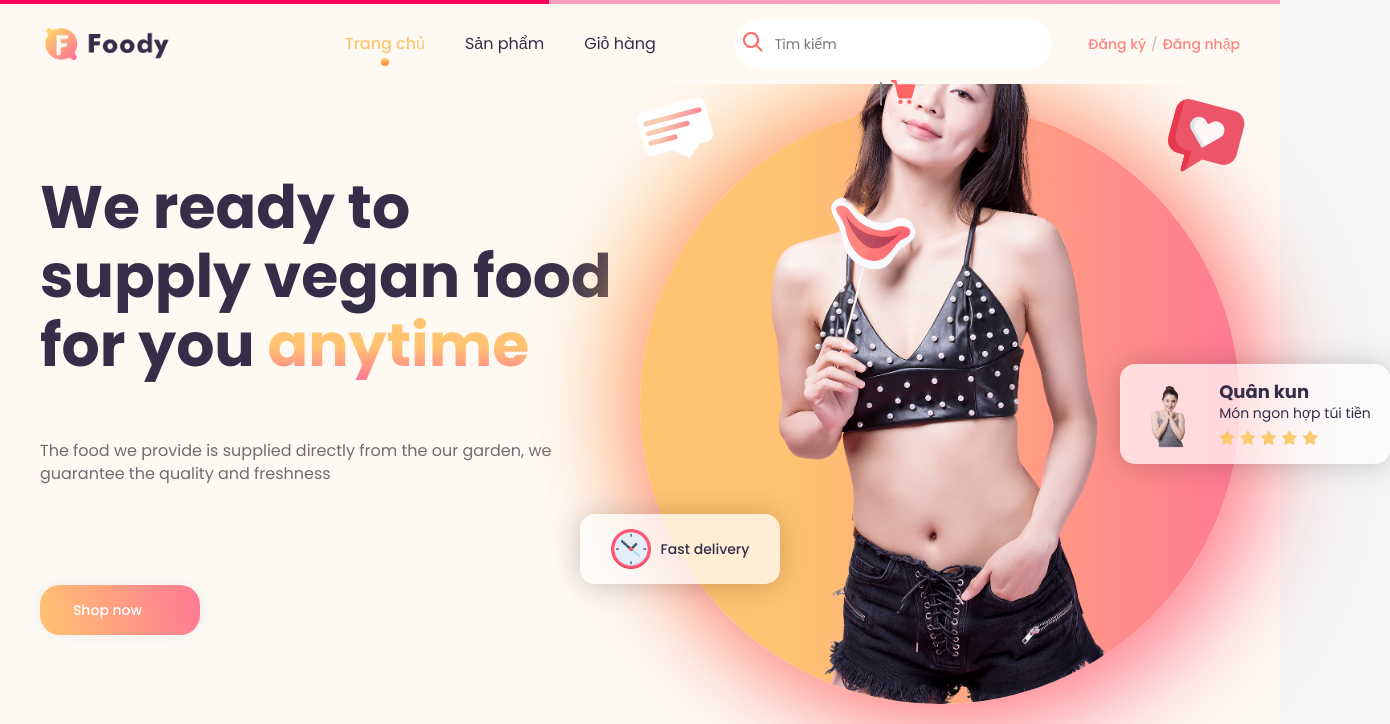
Repository: phamvuhung2710/react-ecommerce
Page: /
The author's editor kept a copy of each file at every save. The page is drawn from the files as they stood at one save, then again after the next save.
The browser window is 1280 px wide. The page is 1390 px wide, so the pictures cover 1390 px, including what lies to the right of the window. The pictures show the whole page.
The page's requests for data from a server got no answer. Some web libraries are served in a nearby version. The project was rebuilt for these pictures with package versions that can differ from the ones it lists, and the page was loaded fresh each time. No one was signed in, and anything a server would have sent is missing. Also part of the build but not shown: src/guard/AuthenticatedGuard.jsx, src/guard/UnauthenticatedGuard.jsx, src/layouts/CartLayout/CartLayout.jsx, src/layouts/RegisterLayout/RegisterLayout.jsx.

Above is the page before, as saved 2021-09-07 18:59:00.

### public/index.html
<!DOCTYPE html>
<html lang="en">
  <head>
    <meta charset="utf-8" />
    <link rel="icon" href="%PUBLIC_URL%/logo512.png" />
    <meta name="viewport" content="width=device-width, initial-scale=1" />
    <meta name="theme-color" content="#000000" />
    <meta
      name="description"
      content="Web site created using create-react-app"
    />
    <link rel="apple-touch-icon" href="%PUBLIC_URL%/logo512.png" />
    <!--
      manifest.json provides metadata used when your web app is installed on a
      user's mobile device or desktop. See https://developers.google.com/web/fundamentals/web-app-manifest/
    -->
    <link rel="manifest" href="%PUBLIC_URL%/manifest.json" />
    <!--
      Notice the use of %PUBLIC_URL% in the tags above.
      It will be replaced with the URL of the `public` folder during the build.
      Only files inside the `public` folder can be referenced from the HTML.

      Unlike "/favicon.ico" or "favicon.ico", "%PUBLIC_URL%/favicon.ico" will
      work correctly both with client-side routing and a non-root public URL.
      Learn how to configure a non-root public URL by running `npm run build`.
    -->
    <title>Foody</title>
    <link
      rel="stylesheet"
      href="https://pro.fontawesome.com/releases/v5.10.0/css/all.css"
      integrity="sha384-AYmEC3Yw5cVb3ZcuHtOA93w35dYTsvhLPVnYs9eStHfGJvOvKxVfELGroGkvsg+p"
      crossorigin="anonymous"
    />
  </head>
  <body>
    <noscript>You need to enable JavaScript to run this app.</noscript>
    <div id="root"></div>
    <!--
      This HTML file is a template.
      If you open it directly in the browser, you will see an empty page.

      You can add webfonts, meta tags, or analytics to this file.
      The build step will place the bundled scripts into the <body> tag.

      To begin the development, run `npm start` or `yarn start`.
      To create a production bundle, use `npm run build` or `yarn build`.
    -->
  </body>
</html>

### src/assets/styles/global.scss
@font-face {
  font-family: 'Inter';
  src: url('../font/Inter-VariableFont_slnt\,wght.ttf')
      format('woff2 supports variations'),
    url('../font/Inter-VariableFont_slnt\,wght.ttf') format('woff2-variations');
  font-weight: 100 900;
}
@import url('https://fonts.googleapis.com/css2?family=Poppins:wght@100;200;300;400;500;600;700;800;900&display=swap');

$font: 'Poppins';

html {
  font-size: 62.5%;
}

body {
  font-size: 1.4rem;
  font-weight: 400;
  font-family: $font, sans-serif;
  background-color: #f5f5f5;
  color: rgba(0, 0, 0, 0.8);
}

* {
  margin: 0;
  padding: 0;
  box-sizing: border-box;
}

.container {
  width: 1200px;
  margin-left: auto;
  margin-right: auto;
}

.link {
  color: #ee4d2d;
  font-size: 1.4rem;
  cursor: pointer;
}

ul {
  list-style: none;
}

:focus-visible {
  outline: none;
}

button {
  cursor: pointer;
  &:disabled {
    cursor: default;
  }
}

a {
  text-decoration: none;
}

svg {
  width: 1em;
  height: 1em;
  fill: currentColor;
}

.menu--active {
  cursor: pointer;
  color: #fec673 !important;
  font-weight: 500 !important;
  &::before {
    content: '';
    position: absolute;
    top: 100%;
    left: 50%;
    width: 8px;
    height: 8px;
    border-radius: 50%;
    background: linear-gradient(
      to top,
      rgba(252, 149, 70, 1) 35%,
      rgba(254, 214, 119, 1) 100%
    );
    transform: translateX(-50%);
  }
}

.category--active {
  cursor: pointer;
  color: #fec673 !important;
  font-weight: 500 !important;
  &::before {
    content: '';
    position: absolute;
    top: 100%;
    left: 0%;
    width: 8px;
    height: 8px;
    border-radius: 50%;
    background: linear-gradient(
      to top,
      rgba(252, 149, 70, 1) 35%,
      rgba(254, 214, 119, 1) 100%
    );
    transform: translateX(-50%);
  }
}

// css for react-toasify
.Toastify__toast--error {
  border: 1px solid rgb(248, 96, 134);
  background: #fdf1f0 !important;
  border-radius: 5px !important;
  color: rgb(248, 96, 134) !important;
  font-family: $font, sans-serif;
  font-size: 14px;
  padding-left: 20px;
  line-height: 20px;
  padding: 0px;
  padding-top: 25px;
  width: 100%;
  font-weight: 500;
  text-align: center;
}
.Toastify__toast--error::after {
  position: absolute;
  color: #333333;
  font-size: 15px;
  font-weight: 700;
  left:265px;
  padding-top: 14px !important;
  width: fit-content;
  height: auto;
}
.Toastify__toast--error::before {
  content : url('../../assets/svg/error.svg');
  position:relative;
  z-index:100000;
  left:12px;
  width: 24px;
  height: 24px;
  margin-right: 5px;
}
.Toastify__toast--success {
  border: 1px solid rgb(44, 204, 255) !important;
  border-radius: 5px !important;
  background: #ebf5ff !important;
  color: rgb(44, 204, 255) !important;
  font-family: $font, sans-serif;
  display: flex;
  align-items: center;
}
.Toastify__toast--success::before {
  content : url('../../assets/svg/success.svg');
  position:relative;
  z-index:100000;
  left:12px;
  width: 24px;
  height: 24px;
  margin-right: 5px;
}
.Toastify__toast--success::after {
  position: absolute;
  color: #2657bb !important;
  background: #00aefd !important;
  font-size: 15px;
  font-weight: 700;
  left:265px;
  padding-top: 14px !important;
  width: fit-content;
  height: auto;
}
.Toastify__toast--warning {
  border: 1px solid rgb(255, 205, 43) !important;
  background: #fffdeb !important;
  border-radius: 5px !important;
  color: rgb(255, 205, 43) !important;
  font-family: $font, sans-serif;
  font-size: 14px;
  padding-left: 20px;
  line-height: 20px;
  width: 100%;
  font-weight: 500;
  text-align: center;
}
.Toastify__toast--warning::before {
  position:relative;
  z-index:100000;
  left:12px;
  top:6px;
}
.Toastify__toast--warning::after {
  position: absolute;
  color: #E78326;
  font-size: 15px;
  font-weight: 700;
  left:265px;
  padding-top: 14px !important;
  width: fit-content;
  height: auto;
}
.Toastify__toast-body {
  // border-radius: 5px !important;
  // background: #ebf5ff !important;
  // color: #2657bb !important;
  font-family: "Poppins", sans-serif;
  font-size: 14px;
  padding-left: 20px;
  line-height: 20px;
  padding-left: 15px;
  width: 100%;
  font-weight: 500;
  text-align: center;
  display: flex;
  align-items: center;
}
.Toastify__toast > button>  svg {
  display: none;
}

.Toastify__progress-bar--error {
  background-color: rgba(248, 96, 134,0.7) !important;
}

.Toastify__progress-bar--success {
  background-color: rgba(44, 204, 255, 0.7) !important;
}

### src/Routes.jsx
import React, { lazy, Suspense } from 'react'
import { Route, Switch } from 'react-router-dom'
import Fallback from './components/Fallback/Fallback'
import { path } from './constants/path'
import AuthenticatedGuard from './guard/AuthenticatedGuard'
import UnauthenticatedGuard from './guard/UnauthenticatedGuard'
import CartLayout from './layouts/CartLayout/CartLayout'
import MainLayout from './layouts/MainLayout/MainLayout'
import RegisterLayout from './layouts/RegisterLayout/RegisterLayout'

const Home = lazy(() => import('./pages/Home/Home'))
const Product = lazy(() => import('./pages/Product/Product'))
const ProductDetail = lazy(() => import('./pages/ProductDetail/ProductDetail'))
const User = lazy(() => import('./pages/User/User'))
const NotFound = lazy(() => import('./pages/NotFound/NotFound'))
const Cart = lazy(() => import('./pages/Cart/Cart'))
const Login = lazy(() => import('./pages/Auth/Login/Login'))
const Register = lazy(() => import('./pages/Auth/Register/Register'))

export default function Routes() {
  return (
    <Switch>
      <Route path={path.home} exact>
        <MainLayout>
          <Suspense fallback={<Fallback />}>
            <Home />
          </Suspense>
        </MainLayout>
      </Route>

      <Route path={path.product} exact>
        <MainLayout>
          <Suspense fallback={<Fallback />}>
            <Product />
          </Suspense>
        </MainLayout>
      </Route>

      <Route path={path.productDetail} exact>
        <MainLayout>
          <Suspense fallback={<Fallback />}>
            <ProductDetail />
          </Suspense>
        </MainLayout>
      </Route>

      <Route path={path.login}>
        <UnauthenticatedGuard>
          <RegisterLayout title="Đăng nhập">
            <Suspense fallback={<Fallback />}>
              <Login />
            </Suspense>
          </RegisterLayout>
        </UnauthenticatedGuard>
      </Route>

      <Route path={path.register}>
        <UnauthenticatedGuard>
          <RegisterLayout title="Đăng ký">
            <Suspense fallback={<Fallback />}>
              <Register />
            </Suspense>
          </RegisterLayout>
        </UnauthenticatedGuard>
      </Route>

      <Route path={path.user}>
        <AuthenticatedGuard>
          <MainLayout>
            <Suspense fallback={<Fallback />}>
              <User />
            </Suspense>
          </MainLayout>
        </AuthenticatedGuard>
      </Route>

      <Route path={path.cart}>
        <AuthenticatedGuard>
          <CartLayout>
            <Suspense fallback={<Fallback />}>
              <Cart />
            </Suspense>
          </CartLayout>
        </AuthenticatedGuard>
      </Route>

      <Route path={path.notFound}>
        <Suspense fallback={<Fallback />}>
          <NotFound />
        </Suspense>
      </Route>
    </Switch>
  )
}

### src/components/Authorization/Authorization.jsx
import { useEffect } from 'react'
import { useDispatch, useSelector } from 'react-redux'
import { unauthorize } from 'src/pages/Auth/auth.slice'
import { path } from 'src/constants/path'
import { useHistory } from 'react-router-dom'
import { useAuthenticated } from 'src/hooks/useAuthenticated'
import { getCartPurchases } from 'src/pages/Cart/cart.slice'

function Authorization(props) {
  const status = useSelector(state => state.app.status)
  const dispatch = useDispatch()
  const history = useHistory()
  const authenticated = useAuthenticated()

  useEffect(() => {
    if (status === 401) {
      dispatch(unauthorize)
      history.push(path.login)
    }
  }, [status, dispatch, history])

  useEffect(() => {
    if (authenticated) {
      dispatch(getCartPurchases())
    }
  }, [dispatch, authenticated])

  return null
}

export default Authorization

### src/components/Fallback/Fallback.jsx
import React from 'react'
import { LinearProgress } from '@material-ui/core'
import styled from 'styled-components'
import { useSelector } from 'react-redux'

const StyledLoading = styled(LinearProgress)`
  /* position: fixed !important;
  top: 0;
  left: 0;
  right: 0;
  bottom: 0; */
`

function Fallback(props) {
  const loading = useSelector(state => state.app.loading)

  if (loading > 0) {
    return <StyledLoading color="secondary" />
  }

  // return null
  return <StyledLoading color="secondary" />
}
export default Fallback

### src/constants/path.js
const USER = '/user'

export const path = {
  home: '/',
  cart: '/cart',
  product: '/product',
  productDetail: '/product/:productId',
  login: '/login',
  register: '/register',
  user: USER,
  profile: `${USER}/profile`,
  password: `${USER}/password`,
  purchase: `${USER}/purchase`,
  notFound: '*'
}

### src/layouts/MainLayout/MainLayout.jsx
import React from 'react'
import Header from 'src/components/Header/Header'
import PropTypes from 'prop-types'

MainLayout.propTypes = {
  children: PropTypes.oneOfType([
    PropTypes.element,
    PropTypes.arrayOf(PropTypes.element)
  ])
}

function MainLayout({ children }) {
  return (
    <div>
      <Header />
      {children}
      {/* <Footer /> */}
    </div>
  )
}

export default MainLayout

### src/pages/Home/Home.jsx
import React from 'react'
import { path } from 'src/constants/path'
import * as S from './home.style'

export default function Home() {
  return (
    <S.Background>
      <S.Container className="container">
        <S.MainLeft>
          <S.Title>
            We ready to supply vegan food for you{' '}
            <S.TitleHighLight>anytime</S.TitleHighLight>
          </S.Title>
          <S.Description>
            The food we provide is supplied directly from the our garden, we
            guarantee the quality and freshness
          </S.Description>
          <S.ShopNow to={path.product}>
            <S.NameButton>Shop now</S.NameButton>
            <S.IconButton className="fas fa-chevron-circle-right"></S.IconButton>
          </S.ShopNow>
        </S.MainLeft>
        <S.MainRight>
          <S.CircleMain>
            <S.FoodGirl src="/img/girl-foody.png" />
            <S.FlashHeart src="/img/heart.png" />
            <S.FlashComment>
              <S.FlashCommentAvatar>
                <S.FlashCommentImage src="/img/avatar.png" />
              </S.FlashCommentAvatar>
              <S.FlashCommentDetail>
                <S.FlashCommentTitle>Quân kun</S.FlashCommentTitle>
                <S.FlashCommentContent>
                  Món ngon hợp túi tiền
                </S.FlashCommentContent>
                <S.FlashCommentStar>
                  <S.FlashCommentStarIcon className="fas fa-star" />
                  <S.FlashCommentStarIcon className="fas fa-star" />
                  <S.FlashCommentStarIcon className="fas fa-star" />
                  <S.FlashCommentStarIcon className="fas fa-star" />
                  <S.FlashCommentStarIcon className="fas fa-star" />
                </S.FlashCommentStar>
              </S.FlashCommentDetail>
            </S.FlashComment>
            <S.FlashMessage>
              <S.FlashMessageLine />
              <S.FlashMessageLine />
              <S.FlashMessageLine />
            </S.FlashMessage>
            <S.FlashDelivery>
              <S.FlashDeliveryIcon src="/img/clock.png" />
              <S.FlashDeliveryText>Fast delivery</S.FlashDeliveryText>
            </S.FlashDelivery>
          </S.CircleMain>
        </S.MainRight>
      </S.Container>
    </S.Background>
  )
}

### src/hooks/useAuthenticated.js
import { useSelector } from 'react-redux'

export function useAuthenticated() {
  return useSelector(state => Boolean(state.auth.profile._id))
}

### src/api/auth.api.js
import axiosClient from './axiosClient'

const authApi = {
  register(data) {
    const url = '/register'
    return axiosClient.post(url, data)
  },
  login(data) {
    const url = '/login'
    return axiosClient.post(url, data)
  },
  logout() {
    const url = '/logout'
    return axiosClient.post(url)
  }
}

export default authApi

### src/api/user.api.js
import axiosClient from './axiosClient'

const userApi = {
  updateMe(data) {
    const url = '/user'
    return axiosClient.put(url, data)
  }
}

export default userApi

### src/components/Header/Header.jsx
import React, { useEffect, useState } from 'react'
import * as S from './header.style'
import usePopover from 'src/hooks/usePopover'
import Popover from '../Popover/Popover'
import { path } from 'src/constants/path'
import { logout } from 'src/pages/Auth/auth.slice'
import { useDispatch, useSelector } from 'react-redux'
import { useAuthenticated } from 'src/hooks/useAuthenticated'
import { useHistory } from 'react-router-dom'
import useQuery from 'src/hooks/useQuery'
import { formatMoney } from 'src/utils/helper'
import { useRouteMatch } from 'react-router-dom'
import { unwrapResult } from '@reduxjs/toolkit'

Header.propTypes = {}

function Header() {
  const match = useRouteMatch()
  const authenticated = useAuthenticated()
  const profile = useSelector(state => state.auth.profile)
  const { activePopover, showPopover, hidePopover } = usePopover()
  const [isUserPopover, setIsUserPopover] = useState(false)
  const dispatch = useDispatch()
  const [searchValue, setSearchValue] = useState('')
  const history = useHistory()
  const query = useQuery()
  const purchases = useSelector(state => state.cart.purchases)

  useEffect(() => {
    const { name = '' } = query
    setSearchValue(name)
  }, [query])

  const onChangeSearch = event => {
    setSearchValue(event.target.value)
  }

  const handleLogout = () => {
    dispatch(logout())
  }

  const handleShowPopoverCart = () => {
    setIsUserPopover(false)
    showPopover()
  }

  const handleShowPopoverUser = () => {
    setIsUserPopover(true)
    showPopover()
  }

  const search = event => {
    event.preventDefault()
    history.push(path.product + `?name=${searchValue}`)
  }

  return (
    <S.StyledHeader>
      <div className="container">
        {/* <Navbar /> */}
        <S.HeaderWrap>
          <S.Logo to="/">
            <S.ImageLogo src="/img/logo-foody.png" />
          </S.Logo>
          <S.Menu>
            <S.MenuItem
              activeClassName={match.url === path.home ? 'menu--active' : ''}
              to={path.home}
            >
              Trang chủ
            </S.MenuItem>
            <S.MenuItem
              activeClassName={match.url === path.product ? 'menu--active' : ''}
              to={path.product}
            >
              Sản phẩm
            </S.MenuItem>
            <S.MenuItem
              activeClassName={match.url === path.cart ? 'menu--active' : ''}
              to={path.cart}
            >
              Giỏ hàng
            </S.MenuItem>
            {/* <S.MenuItem to={path.user}>Tài khoản</S.MenuItem> */}
          </S.Menu>
          <S.StyledForm onSubmit={search}>
            <S.IConSearch>
              <svg
                width={24}
                height={24}
                viewBox="0 0 24 24"
                xmlns="http://www.w3.org/2000/svg"
                version="1.1"
                xmlnsXlink="http://www.w3.org/1999/xlink"
                className="d7e-0f24ac d7e-72271e"
              >
                <path
                  d="M10 2a8 8 0 016.32 12.905l5.387 5.388-1.414 1.414-5.388-5.386A8 8 0 1110 2zm0 2a6 6 0 100 12 6 6 0 000-12z"
                  fill="#fe6663"
                  fillRule="nonzero"
                />
              </svg>
            </S.IConSearch>
            <S.StyledInput
              placeholder="Tìm kiếm"
              onChange={onChangeSearch}
              value={searchValue}
            />
            <S.Cart
              onMouseEnter={handleShowPopoverCart}
              onMouseLeave={hidePopover}
            >
              <S.CartContainer>
                <S.CartIcon to="/cart">
                  <svg
                    viewBox="0 0 26.6 25.6"
                    className="shopee-svg-icon navbar__link-icon icon-shopping-cart-2"
                  >
                    <polyline
                      fill="#fe6663"
                      points="2 1.7 5.5 1.7 9.6 18.3 21.2 18.3 24.6 6.1 7 6.1"
                      strokeLinecap="round"
                      strokeLinejoin="round"
                      strokeMiterlimit={10}
                      strokeWidth="2.5"
                    />
                    <circle cx="10.7" cy={23} r="2.2" stroke="none" />
                    <circle cx="19.7" cy={23} r="2.2" stroke="none" />
                  </svg>
                  {/* <img src="/img/shopping-cart.png" alt="#" /> */}
                </S.CartIcon>
                <Popover active={!isUserPopover && activePopover}>
                  <S.PopoverContent>
                    <S.PopoverTitle>Sản phẩm mới thêm</S.PopoverTitle>
                    {purchases &&
                      purchases.length > 0 &&
                      purchases.slice(0, 5).map(purchase => (
                        <S.MiniProductCart key={purchase._id}>
                          <S.MiniProductCartImg src={purchase.product.image} />
                          <S.MiniProductCartTitle>
                            {purchase.product.name}
                          </S.MiniProductCartTitle>
                          <S.MiniProductCartPrice>
                            đ{formatMoney(purchase.product.price)}
                          </S.MiniProductCartPrice>
                        </S.MiniProductCart>
                      ))}

                    <S.PopoverFooter>
                      <S.MoreProduct>
                        {purchases && purchases.length > 5 && (
                          <span>{purchases.length - 5} sản phẩm vào giỏ</span>
                        )}
                      </S.MoreProduct>
                      <S.ButtonShowCart to={path.cart}>
                        Xem giỏ hàng
                      </S.ButtonShowCart>
                    </S.PopoverFooter>
                  </S.PopoverContent>
                </Popover>
              </S.CartContainer>
            </S.Cart>
            {purchases && purchases.length > 0 && (
              <S.CartNumberBadge>{purchases.length}</S.CartNumberBadge>
            )}
          </S.StyledForm>
          <S.UserAccount>
            {authenticated && (
              <span>
                <S.User
                  onMouseEnter={handleShowPopoverUser}
                  onMouseLeave={hidePopover}
                >
                  <S.UserImage src="/img/anh-4.jpg" />
                  <S.Username>{profile.name || profile.email}</S.Username>
                  <Popover active={isUserPopover && activePopover}>
                    <S.UserLink to={path.user}>Tài khoản của tôi</S.UserLink>
                    <S.UserLink to={path.purchase}>Đơn mua</S.UserLink>
                    <S.UserButton onClick={handleLogout}>
                      Đăng xuất
                    </S.UserButton>
                  </Popover>
                </S.User>
              </span>
            )}
            {!authenticated && (
              <S.RegisterOrLogin>
                <span>
                  <S.NavLink to={path.register}>Đăng ký</S.NavLink>
                </span>
                <S.Separate> / </S.Separate>
                <span>
                  <S.NavLink to={path.login}>Đăng nhập</S.NavLink>
                </span>
              </S.RegisterOrLogin>
            )}
          </S.UserAccount>
        </S.HeaderWrap>
      </div>
    </S.StyledHeader>
  )
}

export default Header

### src/hooks/useQuery.js
import { useMemo } from 'react'
import { useLocation } from 'react-router-dom'
import qs from 'query-string'

export default function useQuery() {
  const location = useLocation()
  const queryString = useMemo(
    () => qs.parse(location.search),
    [location.search]
  )

  return queryString
}

### src/constants/status.js
export const purchaseStatus = {
  inCart: -1,
  all: 0,
  waitForConfirmation: 1,
  waitForGetting: 2,
  inProgress: 3,
  delivered: 4,
  cancelled: 5
}

### src/hooks/usePopover.js
import { useState } from 'react'

export default function usePopover() {
  const [activePopover, setActivePopover] = useState(false)
  const showPopover = () => setActivePopover(true)
  const hidePopover = () => setActivePopover(false)
  return {
    activePopover,
    showPopover,
    hidePopover
  }
}

### src/components/Popover/Popover.jsx
 import React from 'react'
import PropTypes from 'prop-types'
import * as S from './popover.style'

Popover.propTypes = {
  active: PropTypes.bool,
  children: PropTypes.oneOfType([
    PropTypes.element,
    PropTypes.arrayOf(PropTypes.element)
  ])
}

function Popover({ active, children }) {
  return (
    <>
      {active && (
        <S.Drawer>
          {/* <S.PopoverArrow /> */}
          <S.PopoverContent>{children}</S.PopoverContent>
        </S.Drawer>
      )}
    </>
  )
}

export default Popover

Loaded but not shown: src/index.css (common file); src/reportWebVitals.js (common file); src/components/Header/header.style.js (345 lines, source omitted); src/pages/Home/home.style.js (248 lines, source omitted); src/assets/styles/utils.js (86 lines, source omitted); src/pages/Auth/auth.slice.js (61 lines, source omitted); src/utils/helper.js (37 lines, source omitted); src/api/axiosClient.js (46 lines, source omitted); src/pages/Cart/cart.slice.js (42 lines, source omitted); src/components/Popover/popover.style.js (51 lines, source omitted); src/api/purchase.api.js (37 lines, source omitted); src/index.js (24 lines, source omitted); src/app.slice.js (30 lines, source omitted); src/App.js (23 lines, source omitted); src/store.js (18 lines, source omitted)

After the next save:
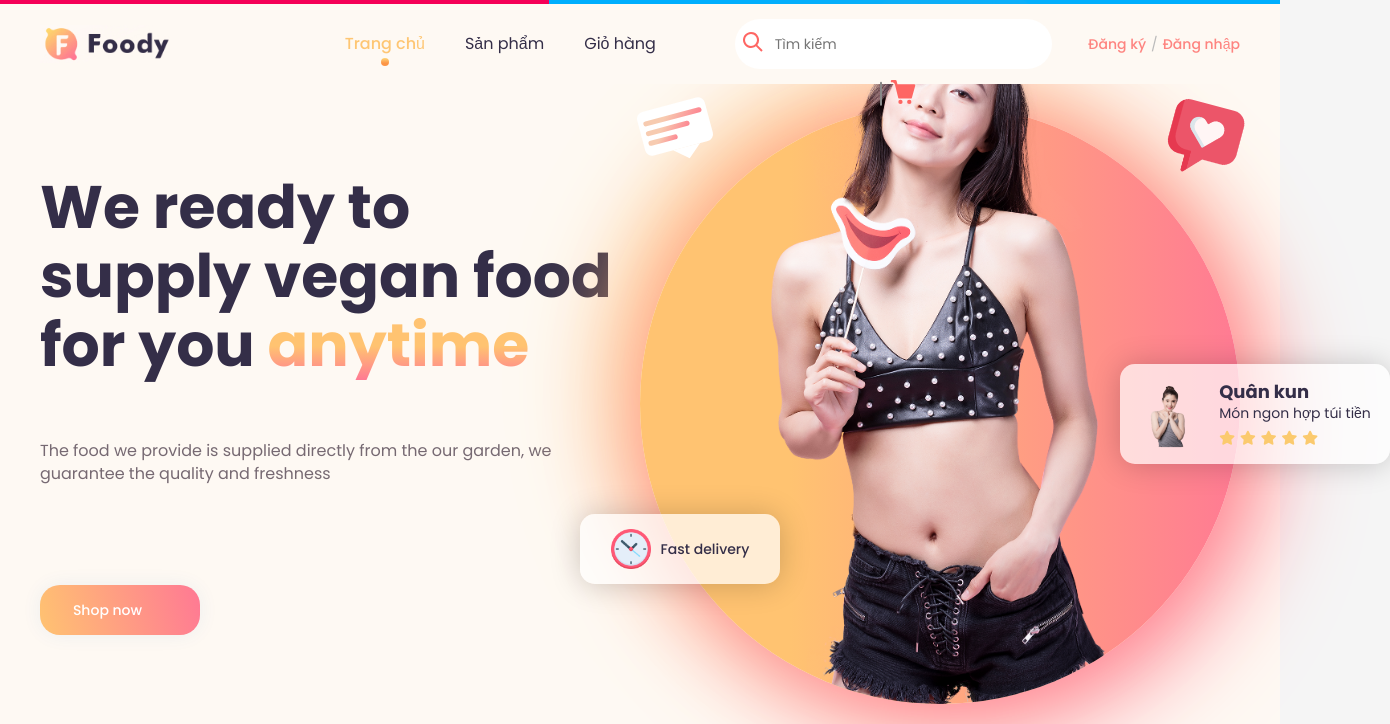
Saved 78 s later.
--- a/src/components/Fallback/Fallback.jsx
+++ b/src/components/Fallback/Fallback.jsx
@@ -9,6 +9,7 @@ const StyledLoading = styled(LinearProgress)`
   left: 0;
   right: 0;
   bottom: 0; */
+  background-color: #00aefd !important;
 `
 
 function Fallback(props) {
